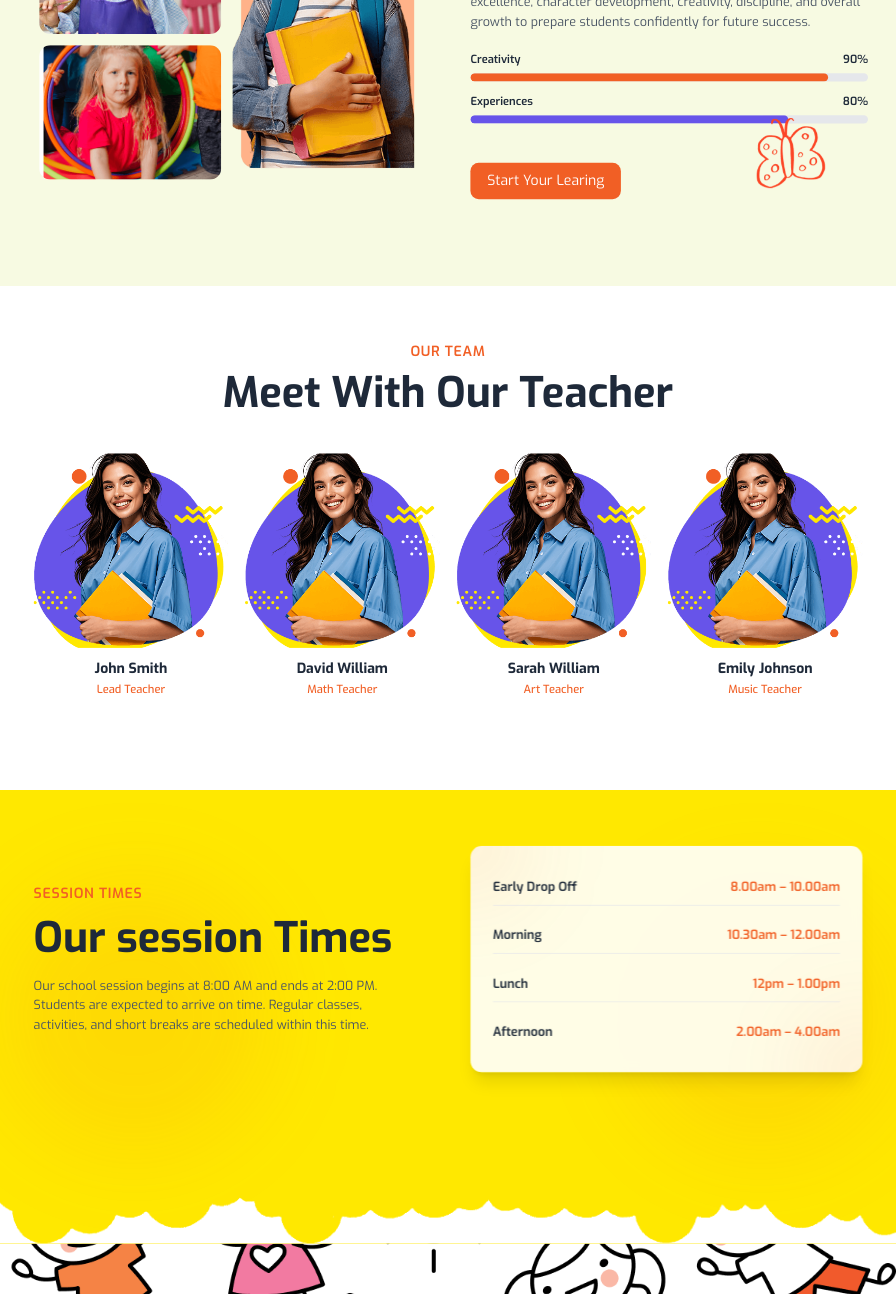
Repository: deepak445566/school
Page: / (app in okwork/)
These files come from the project's save history. The page is drawn as it stood at one moment and after the next save; the edit follows.
The browser window is 1280 px wide. The pictures show the part of the page from y = 1032 to 2952 px (the page is 2880 px tall before and 2952 px after), at 70% of full size.
Some web fonts or font styles are not loaded; a fallback is used. The project was rebuilt for these pictures with package versions that can differ from the ones it lists, and the page was loaded fresh each time. Some packages were replaced by stand-ins written for this rebuild. Also part of the build but not shown: okwork/vite.config.js.

Above is the page before, as saved 2026-02-18 19:38:55.

### okwork/index.html
<!doctype html>
<html lang="en">
  <head>
    <meta charset="UTF-8" />
    <link rel="icon" type="image/svg+xml" href="/vite.svg" />
    <meta name="viewport" content="width=device-width, initial-scale=1.0" />
    <title>okwork</title>
    <link rel="preconnect" href="https://fonts.googleapis.com">
<link rel="preconnect" href="https://fonts.gstatic.com" crossorigin>
<link href="https://fonts.googleapis.com/css2?family=Abril+Fatface&family=Alan+Sans:wght@300..900&family=Big+Shoulders:opsz,wght@10..72,100..900&family=Exo+2:ital,wght@0,100..900;1,100..900&family=Exo:ital,wght@0,100..900;1,100..900&family=Montserrat:ital,wght@0,100..900;1,100..900&family=Orbitron:wght@400..900&family=Poppins:ital,wght@0,100;0,200;0,300;0,400;0,500;0,600;0,700;0,800;0,900;1,100;1,200;1,300;1,400;1,500;1,600;1,700;1,800;1,900&family=Prata&family=Rajdhani:wght@300;400;500;600;700&display=swap" rel="stylesheet">
  </head>
  <body>
    <div id="root"></div>
    <script type="module" src="/src/main.jsx"></script>
  </body>
</html>

### okwork/src/index.css
@import "tailwindcss";


.exo {
  font-family: "Exo", sans-serif;

  font-style: normal;
}

### okwork/src/App.jsx
import React from 'react'
import Home from './components/Home'

import WhyChooseUs from './components/WhyChooseUs'
import MeetOurTeachers from './components/MeetOurTeachers'
import ScheduleSection from './components/ScheduleSection'

function App() {
  return (
    <>
    <Home/>

    <WhyChooseUs/>
    <MeetOurTeachers/>
    <ScheduleSection/>
    </>
  )
}

export default App

### okwork/src/components/Home.jsx
import React from "react";

const Home = () => {
  // Image URL - using a high-quality free image
  const imageUrl =
    "/images/hero1.png";
  const kalagiImageUrl = "/images/text.png";
  return (
    <div className="min-h-screen bg-[#F7FAE2] overflow-hidden exo relative ">
      {/* Main container - centered with responsive padding */}
      <div className="container mx-auto px-6 py-12 md:px-12 lg:px-10 min-h-screen flex items-center relative z-10">

        {/* Flex container: column on mobile, row on desktop */}
        <div className="flex flex-col md:flex-row items-center gap-12 lg:gap-5 w-full">

          {/* LEFT SECTION: 40% width */}
          <div className="w-full md:w-[45%] text-center md:text-left space-y-6 md:space-y-6">
            {/* Heading with gradient effect */}
            <h1 className="text-4xl text-gray-800 md:text-5xl lg:text-6xl font-bold leading-tight exo">
             A Happy Place to
              <br />
              <span className="text-gray-800">to Grow, Play And </span>
              <br />
              <span className="text-gray-800">   Learn</span>
            </h1>

            {/* Paragraph description */}
            <p className="text-lg md:text-lg text-gray-600 max-w-2xl mx-auto md:mx-0">
           Kindergarten is an early childhood educational environment where
most young for your children life.
            </p>

            {/* Button with hover effects */}
            <div className="flex justify-center md:justify-start">
              <button className="group relative px-8 py-4 bg-[#F15F25] text-white font-semibold rounded-xl float hover:shadow-xl hover:transform hover:-translate-y-1 transition-all duration-300 ease-in-out">
                <span className="relative z-10">Get Started Now</span>
              </button>
            </div>
          </div>

          {/* RIGHT SECTION: 60% width */}
          <div className="w-full md:w-[55%] flex justify-center md:justify-end">
            <div className="relative w-full max-w-md lg:max-w-xl ">
              {/* Main image */}
              <img
                src={imageUrl}
                alt="Team collaboration in modern workspace"
                className="relative z-10 w-full h-auto rounded-2xl object-cover "
              />
               <img
                src={kalagiImageUrl}
                alt="Decorative element"
                className="absolute bottom-0 left-7 lg:left-0 z-20 w-24 h-24 md:w-52 md:h-52 object-contain -translate-x-4 -translate-y-4 animate-bounce-slow"
              />
            </div>
          </div>
        </div>

      </div>
        <div className=" absolute bottom-0  z-1000">
          <img src="/images/hero-line.png" className="w-full"/>
        </div>

      {/* Add custom animation keyframes */}
       <style jsx>{`
        @keyframes blob {
          0% { transform: translate(0px, 0px) scale(1); }
          33% { transform: translate(30px, -50px) scale(1.1); }
          66% { transform: translate(-20px, 20px) scale(0.9); }
          100% { transform: translate(0px, 0px) scale(1); }
        }

        @keyframes float {
          0% {
            transform: translateY(0px);
          }
          50% {
            transform: translateY(-20px);
          }
          100% {
            transform: translateY(0px);
          }
        }

        @keyframes bounce-slow {
          0%, 100% {
            transform: translate(-1rem, -1rem) translateY(0);
          }
          50% {
            transform: translate(-1rem, -1rem) translateY(-20px);
          }
        }

        .animate-blob {
          animation: blob 7s infinite;
        }

        .animate-float {
          animation: float 6s ease-in-out infinite;
        }

        .animate-bounce-slow {
          animation: bounce-slow 4s ease-in-out infinite;
        }

        .animation-delay-2000 {
          animation-delay: 2s;
        }
      `}</style>
    </div>
  );
};

export default Home;

### okwork/src/components/WhyChooseUs.jsx
import React from "react";

const WhyChooseUs = () => {
  return (
    <div className="min-h-screen bg-[#F7FAE2] overflow-hidden exo py-16">
      <div className="container mx-auto px-6 md:px-12 lg:px-10">

        {/* Flex container: column on mobile, row on desktop */}
        <div className="flex flex-col md:flex-row items-center gap-12 lg:gap-16">

          {/* LEFT SECTION - Pinterest style 3 images */}
          <div className="w-full md:w-1/2 relative">
            <div className="grid grid-cols-2 gap-4 lg:p-4">
              {/* Left column - 2 images stacked */}
              <div className="space-y-4">
                {/* Top left image */}
                <div className="relative overflow-hidden rounded-2xl transition-all duration-300 transform hover:-translate-y-1">
                  <img
                    src="/images/choose2.jpg" // Replace with your image path
                    alt="Pinterest style 1"
                    className="w-full h-64 object-cover"
                  />
                </div>

                {/* Bottom left image */}
                <div className="relative overflow-hidden rounded-2xl transition-all duration-300 transform hover:-translate-y-1">
                  <img
                    src="/images/choose1.png" // Replace with your image path
                    alt="Pinterest style 2"
                    className="w-full h-48 object-cover"
                  />
                </div>
              </div>

              {/* Right column - 1 tall image */}
              <div className="relative overflow-hidden rounded-2xl transition-all duration-300 transform hover:-translate-y-1 ">
                <img
                  src="/images/choose3.png" // Replace with your image path
                  alt="Pinterest style 3"
                  className="w-full h-[28rem] object-cover"
                />
              </div>
            </div>
            <div>
             <img
                src="/images/coun-shape.png"
                alt="Decorative element"
                className="absolute top-0 -right-5 lg:right-7  z-20 w-13 h-13 md:w-15 md:h-15 object-contain -translate-x-4 -translate-y-4 animate-bounce-slow "
              />
            </div>
          </div>

          {/* RIGHT SECTION - Content (same as before) */}
          <div className="w-full md:w-1/2 space-y-3 exo relative">
            {/* Small heading */}
            <h2 className="text-white bg-[#6754E9] rounded-4xl w-fit  text-lg  px-4  py-1 font-semibold ">
              Why Choose Us
            </h2>

            {/* Main heading */}
            <h1 className="text-3xl md:text-4xl lg:text-5xl font-semibold text-gray-800 leading-tight">
              Where Every Little Step <br />
              Leads to Big Discoveries
            </h1>

            {/* Description */}
            <p className="text-gray-600 text-base md:text-lg max-w-2xl ">
             Our school provides quality education, experienced teachers, modern facilities, and a safe environment. We focus on academic excellence, character development, creativity, discipline, and overall growth to prepare students confidently for future success.
            </p>

            {/* Early Learning section */}
            <div className="space-y-4 pt-4">


              {/* Progress bars */}
              <div className="space-y-4 pt-">
                {/* Creativity */}
                <div className="space-y-2">
                  <div className="flex justify-between items-center">
                    <span className="text-gray-800 font-semibold">Creativity</span>
                    <span className="text-gray-800 font-semibold">90%</span>
                  </div>
                  <div className="w-full h-3 bg-gray-200 rounded-full overflow-hidden">
                    <div
                      className="h-full bg-[#F15F25] rounded-full"
                      style={{ width: '90%' }}
                    ></div>
                  </div>
                </div>

                {/* Experiences */}
                <div className="space-y-2">
                  <div className="flex justify-between items-center">
                    <span className="text-gray-800 font-semibold">Experiences</span>
                    <span className="text-gray-800 font-semibold">80%</span>
                  </div>
                  <div className="w-full h-3 bg-gray-200 rounded-full overflow-hidden">
                    <div
                      className="h-full bg-[#6754E9] rounded-full"
                      style={{ width: '80%' }}
                    ></div>
                  </div>
                </div>
              </div>
               <button className="group relative px-6 py-3 bg-[#F15F25] text-xl text-white  rounded-xl float hover:shadow-xl hover:transform hover:-translate-y-1 transition-all duration-300 ease-in-out mt-10">
                <span className="relative z-10">Start Your Learing</span>
              </button>
            </div>
            <div>
              <img
                src="/images/butarfly.png"
                alt="Decorative element"
                className="absolute -bottom-6 -right-5 lg:right-7  z-20 w-17 h-17 md:w-25 md:h-25 object-contain -translate-x-4 -translate-y-4 animate-bounce-slow "
              />
            </div>
          </div>
        </div>

      </div>
    </div>
  );
};

export default WhyChooseUs;

### okwork/src/components/MeetOurTeachers.jsx
import React from "react";

const MeetOurTeachers = () => {
  const teachers = [
    {
      name: "John Smith",
      image: "/images/team1.png",
      subject: "Lead Teacher"
    },
    {
      name: "David William",
      image: "/images/team1.png",
      subject: "Math Teacher"
    },
    {
      name: "Sarah William",
      image: "/images/team1.png",
      subject: "Art Teacher"
    },
    {
      name: "Emily Johnson",
      image: "/images/team1.png",
      subject: "Music Teacher"
    }
  ];

  return (
    <>
    <div className="min-h-screen bg-white overflow-hidden exo py-8 sm:py-12 md:py-16 lg:py-20">
      <div className="container mx-auto px-3 sm:px-4 md:px-6 lg:px-8 xl:px-12">

        {/* Header Section */}
        <div className="text-center mb-6 sm:mb-8 md:mb-10 lg:mb-12">
          <h2 className="text-[#F15F25] text-sm sm:text-base md:text-lg lg:text-xl font-semibold uppercase tracking-wider mb-1 sm:mb-2">
            Our Team
          </h2>
          <h1 className="text-2xl sm:text-3xl md:text-4xl lg:text-5xl xl:text-6xl font-bold text-gray-800 leading-tight px-2">
            Meet With Our Teacher
          </h1>
        </div>

        {/* Teachers Grid - Responsive grid */}
        <div className="grid grid-cols-2 sm:grid-cols-2 lg:grid-cols-4 gap-3 sm:gap-4 md:gap-5 lg:gap-6">
          {teachers.map((teacher, index) => (
            <div key={index} className="flex flex-col">
              {/* Teacher Image Container */}
              <div className="group relative bg-white rounded-xl sm:rounded-2xl overflow-hidden  transition-all duration-300 hover:-translate-y-2">
                <div className="relative overflow-hidden aspect-square">
                  <img
                    src={teacher.image}
                    alt={teacher.name}
                    className="w-full h-full object-cover  duration-500"
                  />
                  {/* Light overlay on hover */}

                </div>
              </div>

              {/* Teacher Info - Outside the card */}
              <div className="text-center mt-2 sm:mt-3 md:mt-4 px-1">
                <h3 className="text-sm sm:text-base md:text-lg lg:text-xl font-bold text-gray-800 mb-0.5 sm:mb-1">
                  {teacher.name}
                </h3>
                <p className="text-[#F15F25] text-xs sm:text-sm md:text-base font-medium">
                  {teacher.subject}
                </p>
              </div>
            </div>
          ))}
        </div>
      </div>
    </div>
    </>
  );
};

export default MeetOurTeachers;

### okwork/src/components/ScheduleSection.jsx
import React from "react";

const ScheduleSection = () => {
  return (
    <>
    <div className="h-[90vh] bg-[#FFE800] overflow-hidden exo py-12 md:py-16 lg:py-20 relative ">

      {/* Background Light Effects */}
      <div className="absolute left-0 top-1/2 -translate-y-1/2 w-64 md:w-96 h-64 md:h-96 bg-[#F15F25]/10 rounded-full blur-3xl"></div>
      <div className="absolute right-0 top-1/2 -translate-y-1/2 w-64 md:w-96 h-64 md:h-96 bg-[#F15F25]/10 rounded-full blur-3xl"></div>

      <div className="container mx-auto px-4 sm:px-6 md:px-8 lg:px-10 xl:px-12 relative z-10">

        {/* Main Flex Container - Left Text, Right Schedule */}
        <div className="flex flex-col lg:flex-row items-center gap-10 lg:gap-16">

          {/* LEFT SIDE - Text Content */}
          <div className="w-full lg:w-1/2 text-center lg:text-left">
            <h2 className="text-[#F15F25] text-lg md:text-xl font-semibold uppercase tracking-wider mb-3">
              Session Times
            </h2>
            <h1 className="text-3xl sm:text-4xl md:text-5xl lg:text-6xl font-bold text-gray-800 mb-4 leading-tight">
              Our session Times
            </h1>
            <p className="text-gray-600 text-base md:text-lg max-w-lg mx-auto lg:mx-0">
             Our school session begins at 8:00 AM and ends at 2:00 PM. Students are expected to arrive on time. Regular classes, activities, and short breaks are scheduled within this time.
            </p>
          </div>

          {/* RIGHT SIDE - Schedule Cards */}
          <div className="w-full lg:w-1/2">
            <div className="bg-white/90 backdrop-blur-sm rounded-2xl p-5 md:p-6 lg:p-8 shadow-xl relative overflow-hidden">

              {/* Inner Light Effect */}
              <div className="absolute -left-20 -top-20 w-40 h-40 bg-[#F15F25]/10 rounded-full blur-3xl"></div>
              <div className="absolute -right-20 -bottom-20 w-40 h-40 bg-[#F15F25]/10 rounded-full blur-3xl"></div>

              {/* Schedule Items */}
              <div className="space-y-4 relative z-10">

                {/* Early Drop Off */}
                <div className="flex justify-between items-center py-3 border-b border-gray-200">
                  <span className="text-gray-800 font-semibold text-base md:text-lg">Early Drop Off</span>
                  <span className="text-[#F15F25] font-semibold text-base md:text-lg">8.00am – 10.00am</span>
                </div>

                {/* Morning */}
                <div className="flex justify-between items-center py-3 border-b border-gray-200">
                  <span className="text-gray-800 font-semibold text-base md:text-lg">Morning</span>
                  <span className="text-[#F15F25] font-semibold text-base md:text-lg">10.30am – 12.00am</span>
                </div>

                {/* Lunch */}
                <div className="flex justify-between items-center py-3 border-b border-gray-200">
                  <span className="text-gray-800 font-semibold text-base md:text-lg">Lunch</span>
                  <span className="text-[#F15F25] font-semibold text-base md:text-lg">12pm – 1.00pm</span>
                </div>

                {/* Afternoon */}
                <div className="flex justify-between items-center py-3">
                  <span className="text-gray-800 font-semibold text-base md:text-lg">Afternoon</span>
                  <span className="text-[#F15F25] font-semibold text-base md:text-lg">2.00am – 4.00am</span>
                </div>
              </div>
            </div>
          </div>
        </div>
      </div>
      <div className=" absolute bottom-0  z-1000">
          <img src="/images/hero-line.png" className="w-full"/>
        </div>

    </div>

     <div className="">
        <img src="/images/newsletter1.png" alt="Newsletter" className="w-full h-[10vh] object-cover" />
      </div>
      </>
  );
};

export default ScheduleSection;

Loaded but not shown: okwork/src/main.jsx (common file)

After the next save:
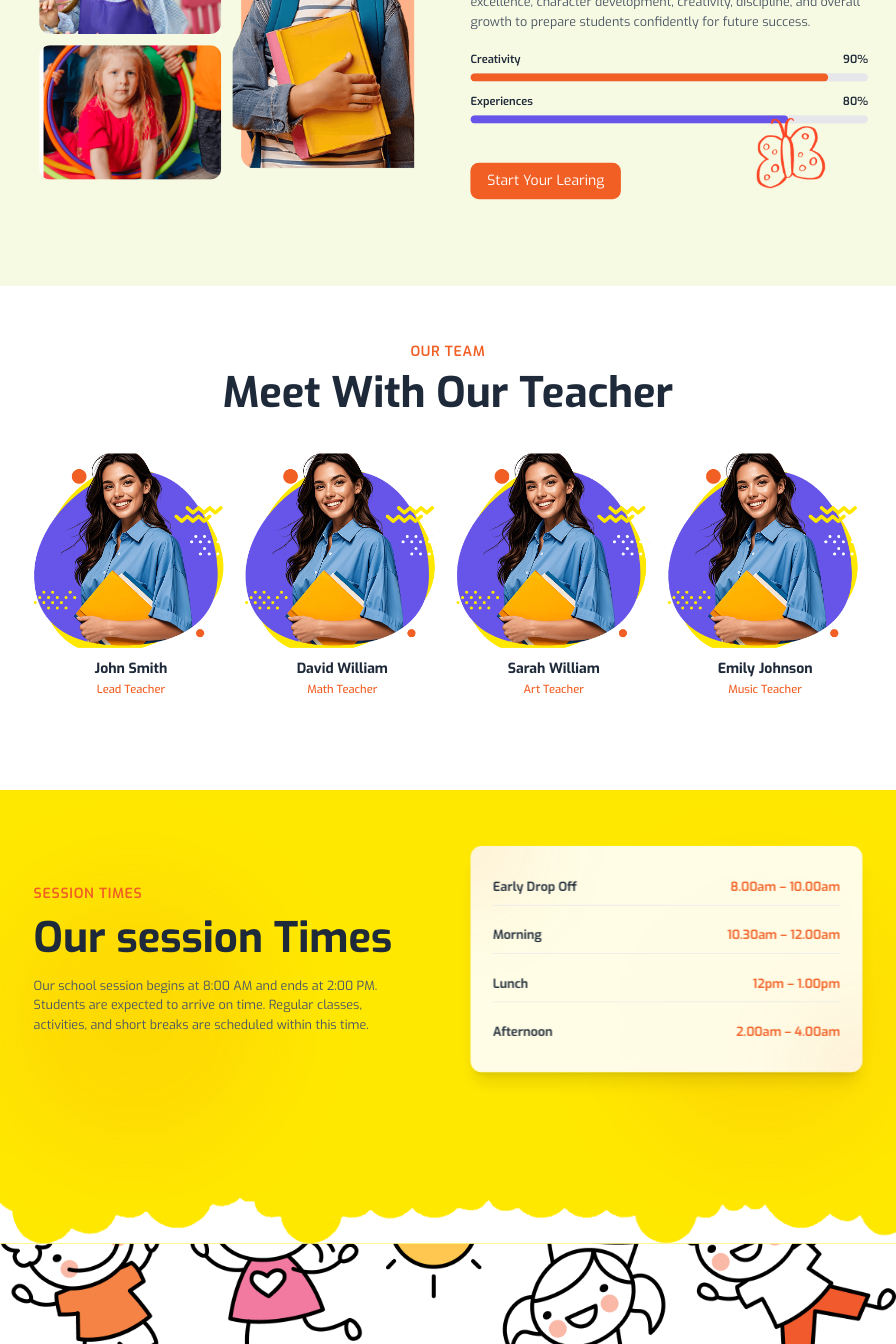
Saved 7 s later.
--- a/okwork/src/components/ScheduleSection.jsx
+++ b/okwork/src/components/ScheduleSection.jsx
@@ -73,7 +73,7 @@ const ScheduleSection = () => {
     </div>
 
      <div className="">
-        <img src="/images/newsletter1.png" alt="Newsletter" className="w-full h-[10vh] object-cover" />
+        <img src="/images/newsletter1.png" alt="Newsletter" className="w-full h-[20vh] object-cover" />
       </div>
       </>
   );
